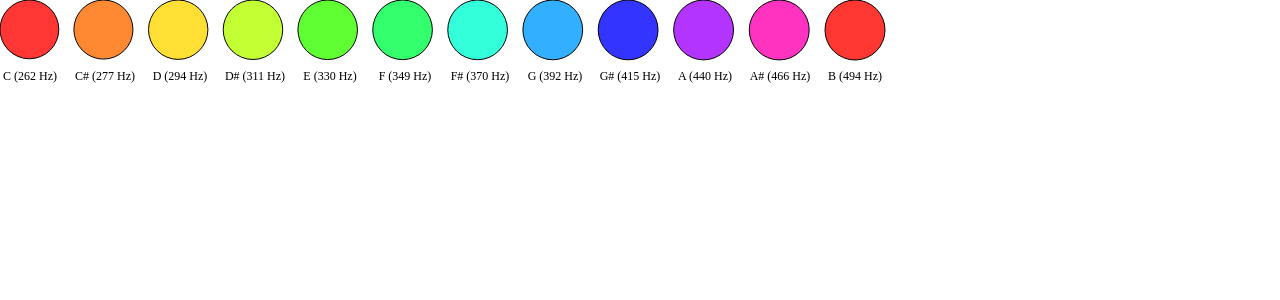
Repository: studiorichie/richielau.com
Page: assets/sound-to-color.html
An editor plug-in stored every save of this project. The page is shown before and after the next save, followed by the edit.
The browser window is 1280 px wide. The pictures show the whole page.

Above is the page before, as saved 2024-11-06 21:27:46.

After the next save:
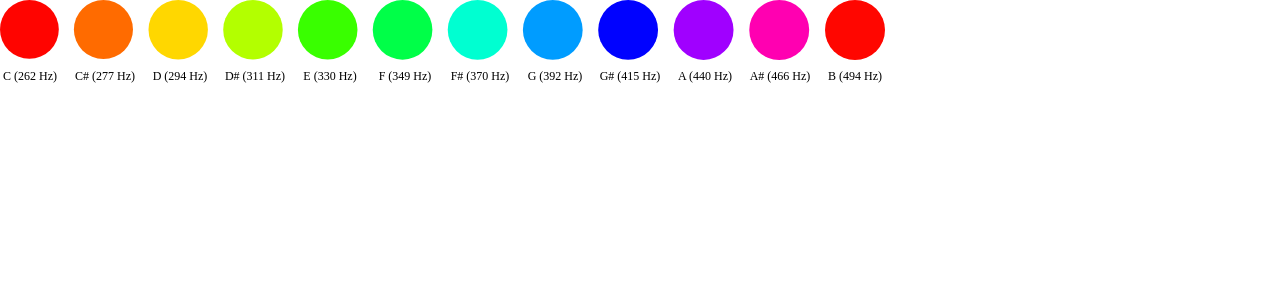
Saved 25 s later.
--- a/assets/sound-to-color.html
+++ b/assets/sound-to-color.html
@@ -13,23 +13,7 @@
             overflow: hidden;
         }
 
-        .svg-container {
-            display: flex;
-            justify-content: flex-start;
-            align-items: center;
-            width: 100%;
-            overflow: hidden;
-        }
-
-        .key-circle {
-            fill-opacity: 0.8;
-            stroke: black;
-            stroke-width: 1px;
-            cursor: pointer;
-            outline: none;
-            -webkit-tap-highlight-color: transparent;
-            transition: transform 0.2s, filter 0.2s, fill-opacity 0.2s;
-        }
+
 
         .key-circle[data-note="C"] {
             transform: scale(0.98);
@@ -82,6 +66,15 @@
 
 
 
+        .key-circle:hover {
+            fill-opacity: 1;
+            filter: brightness(1.2);
+        }
+
+        .key-circle:active {
+            transform: scale(0.995);
+            filter: brightness(0.8);
+        }
 
         .label {
             font-size: 12px;
